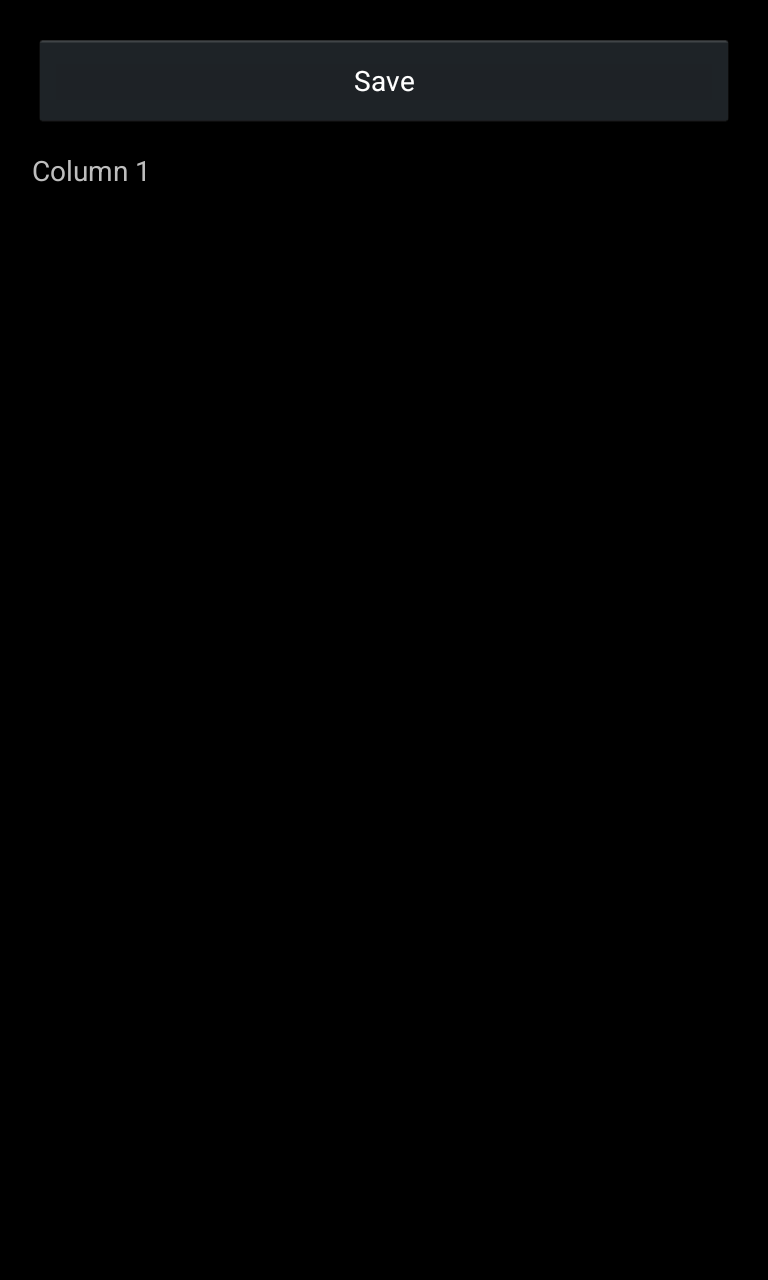
Repository: juanlurie/Android
Layout: HomeCommander/res/layout/settings.xml
These files come from the project's save history. The layout is drawn as it stood at one moment and after the next save; the edit follows.
It is drawn on a 768 x 1280 px phone screen (xhdpi) without system bars, with theme AppTheme; the app's code is not run.

Above is the layout before, as saved 2013-08-11 09:24:30.

After the next save:
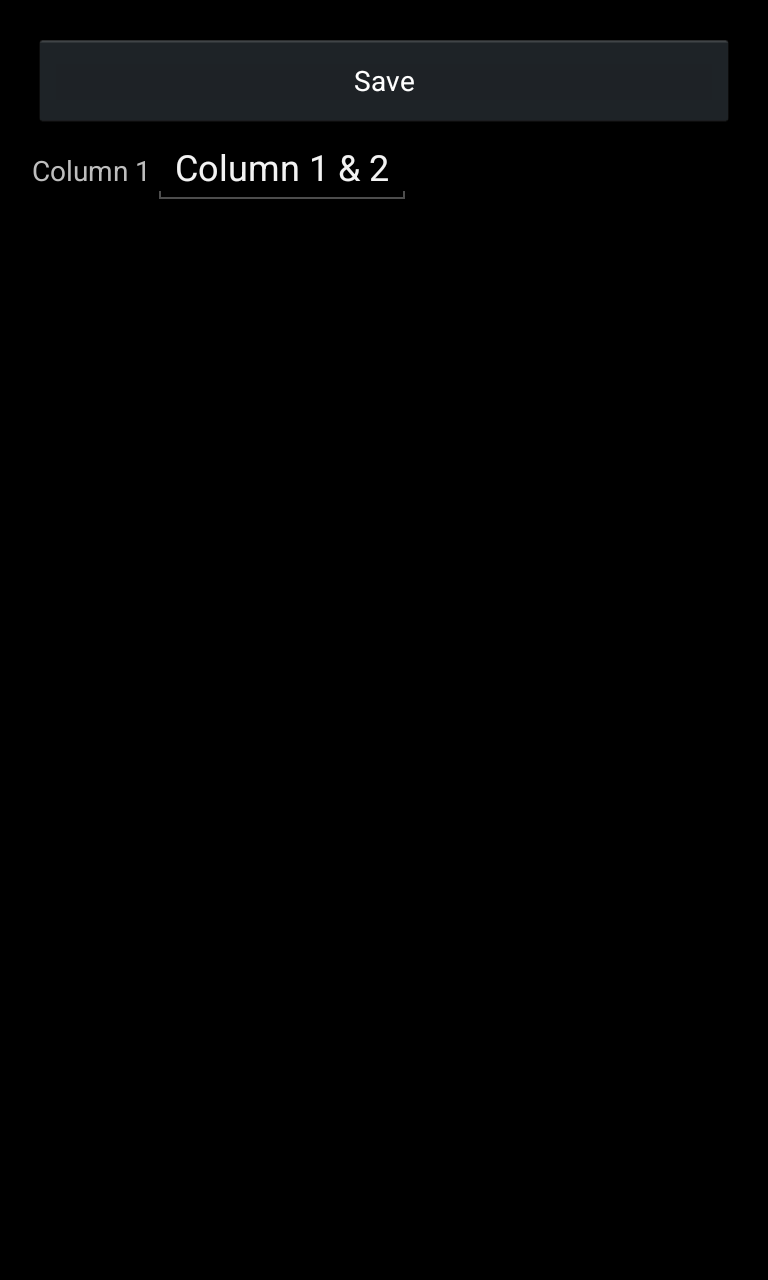
Saved 8 s later.
--- a/HomeCommander/res/layout/settings.xml
+++ b/HomeCommander/res/layout/settings.xml
@@ -34,7 +34,6 @@
 
             <EditText
                 android:id="@+id/editText1"
-                android:layout_span="2"
                 android:text="Column 1 &amp; 2" />
         </TableRow>
     </TableLayout>
